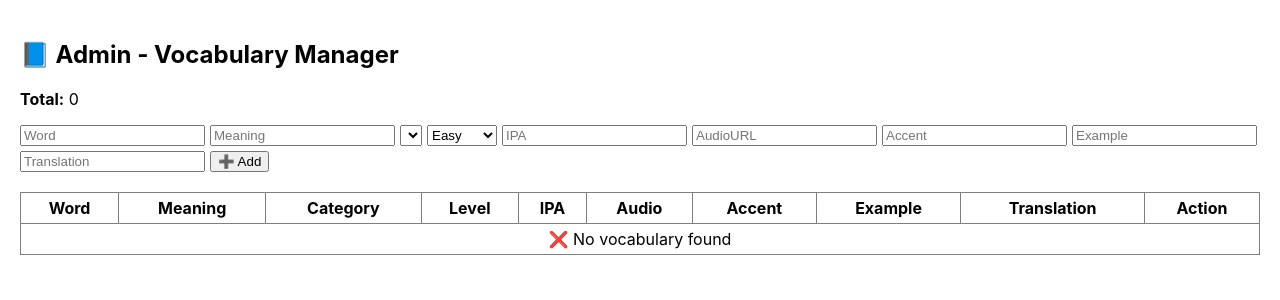
Repository: Vu-Tien-Duc/LearnEnglish-with-API
Page: /admin/vocabulary
An editor plug-in stored every save of this project. The page is shown before and after the next save, followed by the edit.
The browser window is 1280 px wide. The pictures show the whole page.
The page's requests for data from a server got no answer. The project was rebuilt for these pictures with package versions that can differ from the ones it lists, and the page was loaded fresh each time. No one was signed in, and anything a server would have sent is missing.

Above is the page before, as saved 2026-03-20 15:11:25.

After the next save:
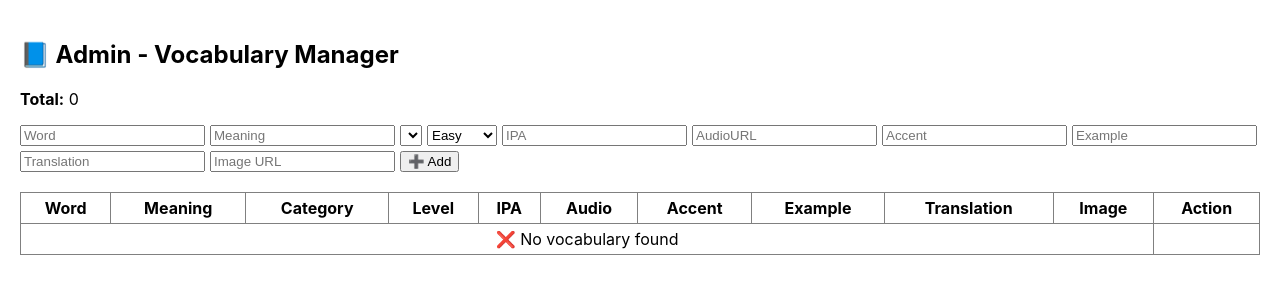
Saved 9 min 24 s later.
--- a/src/pages/admin/VocabularyManager.jsx
+++ b/src/pages/admin/VocabularyManager.jsx
@@ -74,7 +74,8 @@ function VocabularyManager() {
       AudioURL: "",
       Accent: "",
       ExampleSentence: "",
-      Translation: ""
+      Translation: "",
+      ImageURL: ""
     });
   } catch (err) {
     console.error(err);
@@ -185,6 +186,11 @@ function VocabularyManager() {
           value={form.Translation}
           onChange={(e) => setForm({ ...form, Translation: e.target.value })}
         />
+        <input
+          placeholder="Image URL"
+          value={form.ImageURL || ""}
+          onChange={(e) => setForm({ ...form, ImageURL: e.target.value })}
+        />
 
        <button onClick={handleSubmit}>
         {editingWordID ? "✅ Update" : "➕ Add"}
@@ -204,6 +210,7 @@ function VocabularyManager() {
             <th>Accent</th>
             <th>Example</th>
             <th>Translation</th>
+            <th>Image</th>
             <th>Action</th>
           </tr>
         </thead>
@@ -230,6 +237,11 @@ function VocabularyManager() {
                 <td>{item.Accent}</td>
                 <td>{item.ExampleSentence}</td>
                 <td>{item.Translation}</td>
+                <td>
+                  {item.ImageURL ? (
+                    <img src={item.ImageURL} alt={item.Word} width="50" />
+                  ) : "N/A"}
+                </td>
                <td>
                  <button onClick={() => handleEdit(item)}>✏️ Edit</button>
                  <button onClick={() => handleDelete(item.WordID)}>🗑 Delete</button>
